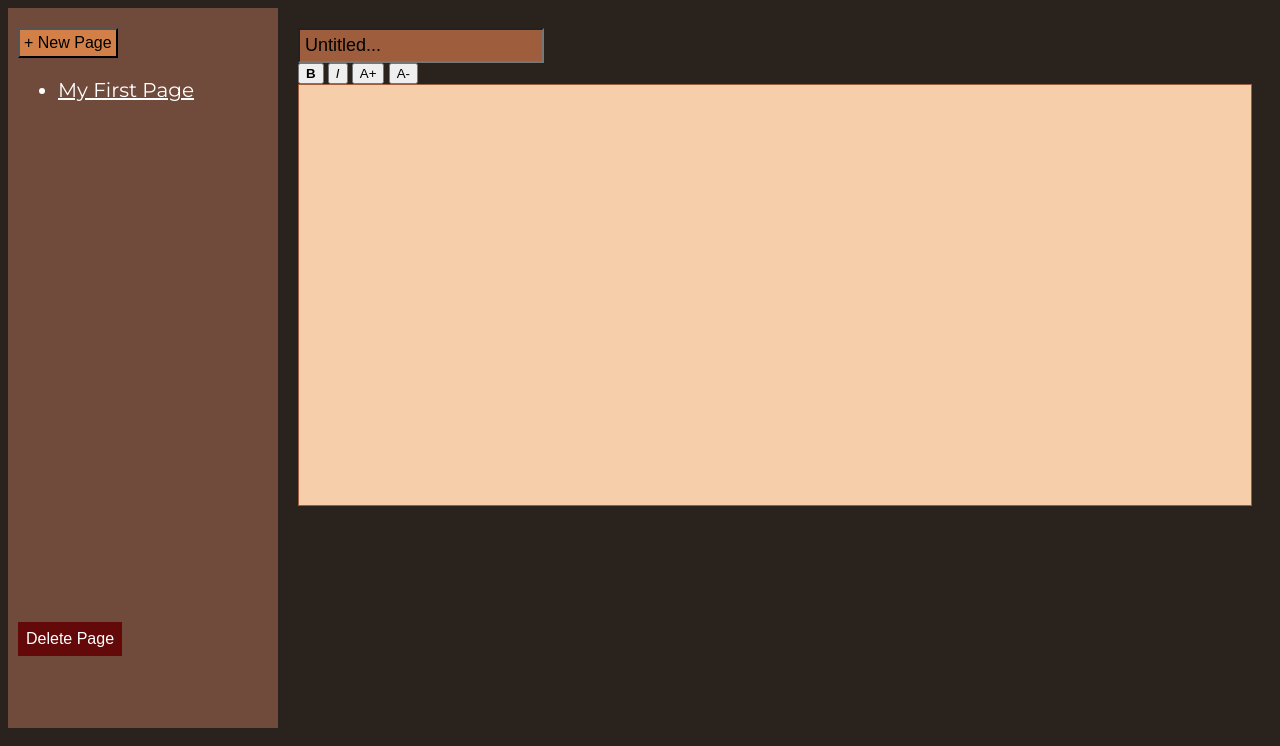
Repository: Dharshinimk-521/notes-app
Page: index.html
These files come from the project's save history. The page is drawn as it stood at one moment and after the next save; the edit follows.
The browser window is 1280 px wide. The pictures show the whole page.

Above is the page before, as saved 2026-04-18 22:50:26.

After the next save:
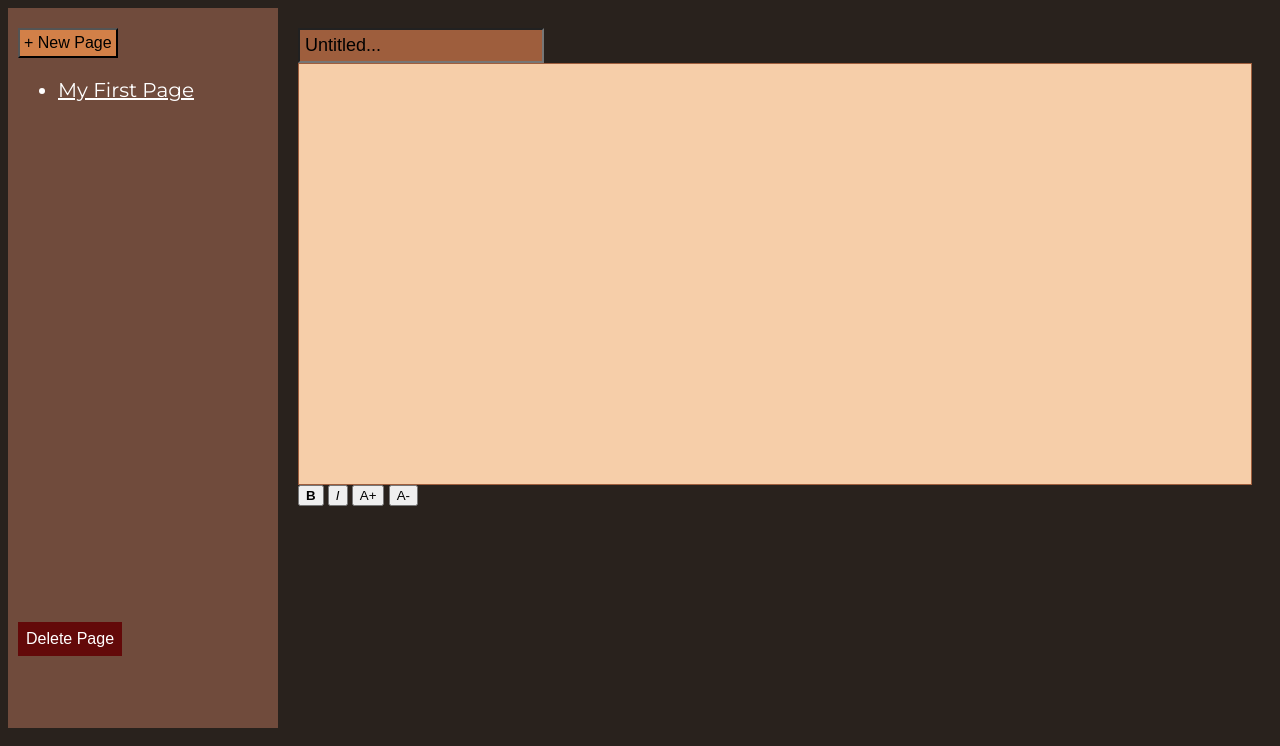
Saved 2 min 52 s later.
--- a/index.html
+++ b/index.html
@@ -23,6 +23,7 @@
             <input id="pageTitle" placeholder="Untitled..." />
 
             <div class="editor-container">
+                <div id="editorArea" contenteditable="true"></div>
 
 
                 <div class="tool-bar">
@@ -33,7 +34,6 @@
                 </div>
 
 
-                <div id="editorArea" contenteditable="true"></div>
 
             </div>
         </main>
